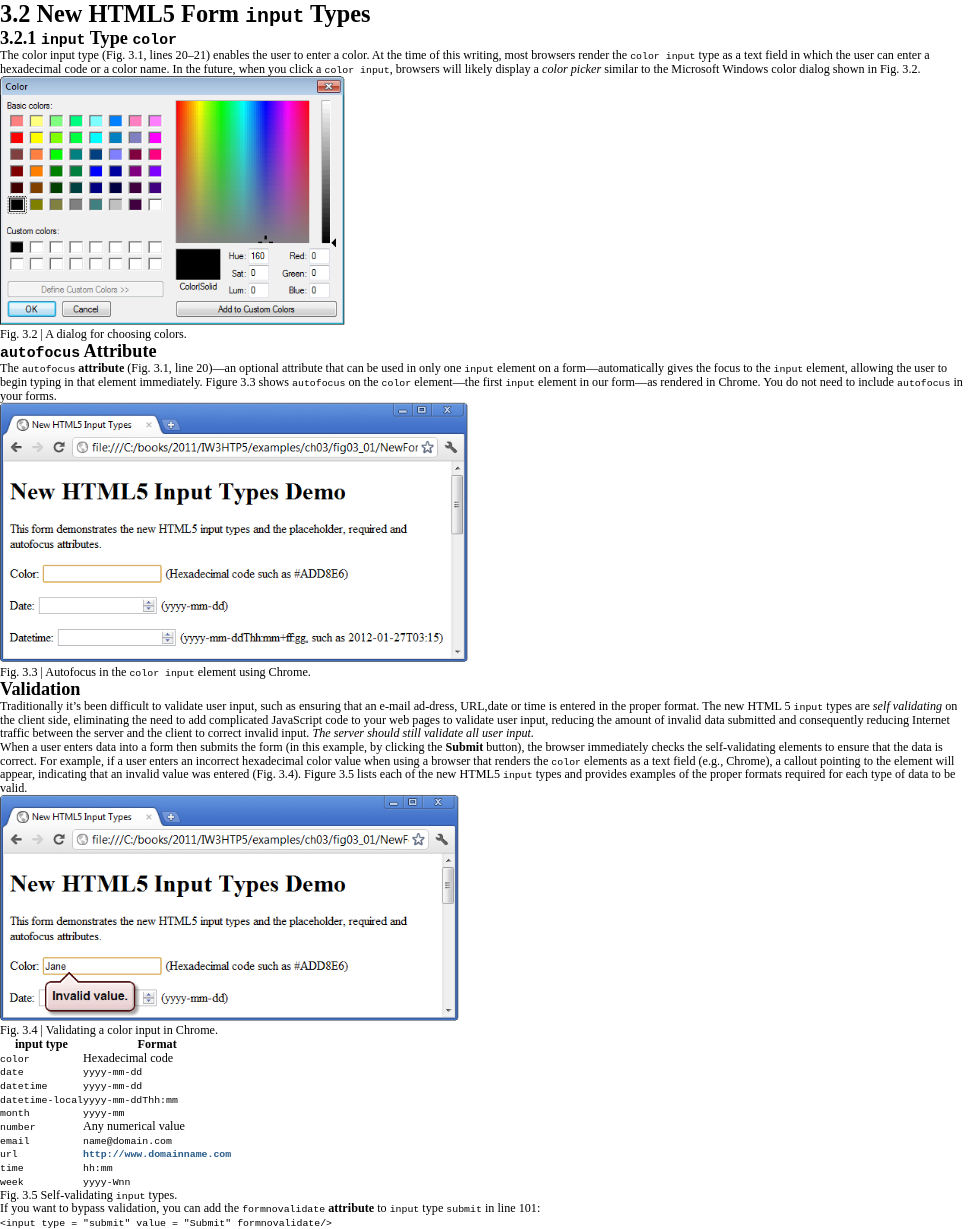
Repository: mlmEFSC21/P4-Textbook-Copy
Page: index.html
These files come from the project's save history. The page is drawn as it stood at one moment and after the next save; the edit follows.
The browser window is 1280 px wide. The pictures show the whole page, at 76% of full size.

Above is the page before, as saved 2022-02-03 15:33:44.

### index.html
<!DOCTYPE html>
<html lang="en">
    <head>
        <meta charset="UTF-8" />
        <meta http-equiv="X-UA-Compatible" content="IE=edge" />
        <meta name="viewport" content="width=device-width, initial-scale=1.0" />
        <link rel="stylesheet" href="bookStyles.css" />
        <title>Laying Out Book Pages</title>
    </head>
    <header>
        <h1>3.2 New HTML5 Form <code>input</code> Types</h1>
    </header>
    <body>
        <section class="color-input-type">
            <header>
                <h2>3.2.1 <code>input</code> Type <code>color</code></h2>
            </header>
            <p>
                The color input type (Fig. 3.1, lines 20–21) enables the user to enter a color. At
                the time of this writing, most browsers render the <code>color input</code> type as
                a text field in which the user can enter a hexadecimal code or a color name. In the
                future, when you click a <code>color input</code>, browsers will likely display a
                <em>color picker</em> similar to the Microsoft Windows color dialog shown in Fig.
                3.2.
            </p>
            <figure>
                <img src="images\OperaColorInput.png" alt="Microsoft Windows color dialog" />
                <figcaption>Fig. 3.2 | A dialog for choosing colors.</figcaption>
            </figure>
        </section>
        <section class="autofocus-attribute">
            <header>
                <h2><code>autofocus</code> Attribute</h2>
            </header>
            <p>
                The <code>autofocus</code> <strong>attribute</strong> (Fig. 3.1, line 20)—an
                optional attribute that can be used in only one <code>input</code> element on a
                form—automatically gives the focus to the <code>input</code> element, allowing the
                user to begin typing in that element immediately. Figure 3.3 shows
                <code>autofocus</code> on the <code>color</code> element—the first
                <code>input</code> element in our form—as rendered in Chrome. You do not need to
                include <code>autofocus</code> in your forms.
            </p>
            <figure>
                <img
                    src="images\Autofocus.png"
                    alt="web page demo of autofocus on a color input field"
                />
                <figcaption>
                    Fig. 3.3 | Autofocus in the <code>color input</code> element using Chrome.
                </figcaption>
            </figure>
        </section>
        <section class="input-validation">
            <header>
                <h2>Validation</h2>
            </header>
            <p>
                Traditionally it’s been difficult to validate user input, such as ensuring that an
                e-mail ad-dress, URL,date or time is entered in the proper format. The new HTML 5
                <code>input</code> types are <em>self validating</em> on the client side,
                eliminating the need to add complicated JavaScript code to your web pages to
                validate user input, reducing the amount of invalid data submitted and consequently
                reducing Internet traffic between the server and the client to correct invalid
                input. <em>The server should still validate all user input.</em>
            </p>
            <p>
                When a user enters data into a form then submits the form (in this example, by
                clicking the <strong>Submit</strong> button), the browser immediately checks the
                self-validating elements to ensure that the data is correct. For example, if a user
                enters an incorrect hexadecimal color value when using a browser that renders the
                <code>color</code> elements as a text field (e.g., Chrome), a callout pointing to
                the element will appear, indicating that an invalid value was entered (Fig. 3.4).
                Figure 3.5 lists each of the new HTML5 <code>input</code> types and provides
                examples of the proper formats required for each type of data to be valid.
            </p>
            <figure>
                <img
                    src="images\SelfValidationChrome.png"
                    alt="web page demo of validation preventing a non color input into a color input field"
                />
                <figcaption>Fig. 3.4 | Validating a color input in Chrome.</figcaption>
            </figure>
        </section>
        <section class="self-validating-types">
            <figure>
                <table class="validation-table">
                    <thead>
                        <th>input type</th>
                        <th>Format</th>
                    </thead>
                    <tr>
                        <td><code>color</code></td>
                        <td>Hexadecimal code</td>
                    </tr>
                    <tr>
                        <td><code>date</code></td>
                        <td><code>yyyy-mm-dd</code></td>
                    </tr>
                    <tr>
                        <td><code>datetime</code></td>
                        <td><code>yyyy-mm-dd</code></td>
                    </tr>
                    <tr>
                        <td><code>datetime-local</code></td>
                        <td><code>yyyy-mm-ddThh:mm</code></td>
                    </tr>
                    <tr>
                        <td><code>month</code></td>
                        <td><code>yyyy-mm</code></td>
                    </tr>
                    <tr>
                        <td><code>number</code></td>
                        <td>Any numerical value</td>
                    </tr>
                    <tr>
                        <td><code>email</code></td>
                        <td><code>name@domain.com</code></td>
                    </tr>
                    <tr>
                        <td><code>url</code></td>
                        <td>
                            <a href="http://www.domainname.com"
                                ><code>http://www.domainname.com</code></a
                            >
                        </td>
                    </tr>
                    <tr>
                        <td><code>time</code></td>
                        <td><code>hh:mm</code></td>
                    </tr>
                    <tr>
                        <td><code>week</code></td>
                        <td><code>yyyy-Wnn</code></td>
                    </tr>
                </table>
                <figcaption>Fig. 3.5 Self-validating <code>input</code> types.</figcaption>
            </figure>
            <aside>
                <p>
                    If you want to bypass validation, you can add the <code>formnovalidate</code>
                    <strong>attribute</strong> to <code>input</code> type <code>submit</code> in
                    line 101:
                </p>
                <div class="form-no-val">
                    <code>&lt;input type = "submit" value = "Submit" formnovalidate/&gt;</code>
                </div>
            </aside>
        </section>
    </body>
</html>

### bookStyles.css
:root {
    --clr-prime: #;
    --clr-background-accent: rgba(70, 114, 115, 0.15);
    --clr-font-links: #275b8a;
    --clr-font-prime: black;
    --clr-font-code: #446256;
    --clr-font-figcap: darkgrey;
    --clr-background: white;
}
*,
*::before,
*::after {
    margin: 0;
    padding: 0;
    box-sizing: border-box;
}
body {
    background-color: var(--clr-background);
    color: var(--clr-font-prime);
}
table {
    border-collapse: collapse;
}
a {
    color: var(--clr-font-links);
    text-decoration: none;
    font-weight: 700;
    cursor: pointer;
}
.accent-color {
    background-color: rgba(70, 114, 115, 0.15);
}

After the next save:
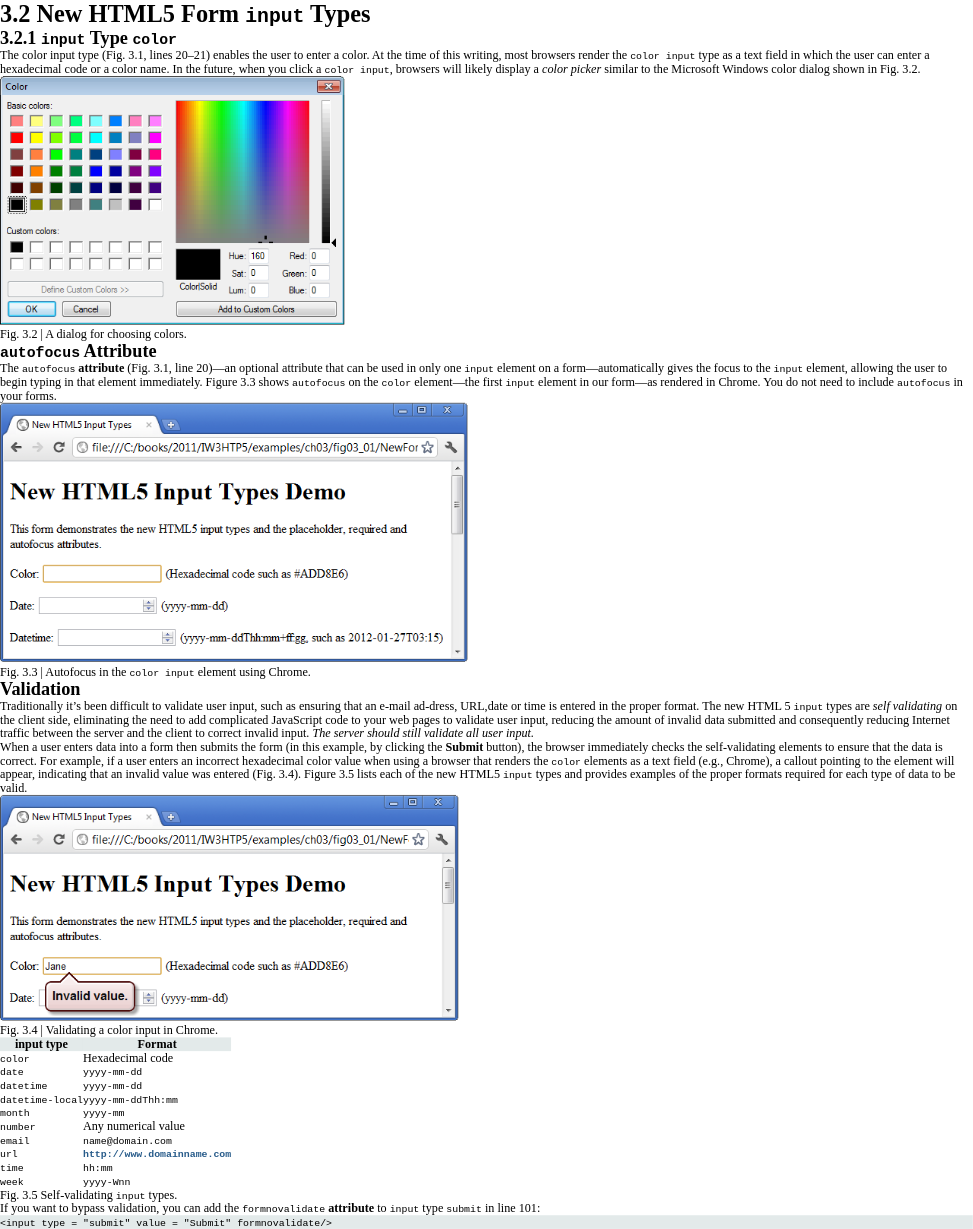
Saved 31 s later.
--- a/bookStyles.css
+++ b/bookStyles.css
@@ -27,6 +27,7 @@ a {
     font-weight: 700;
     cursor: pointer;
 }
-.accent-color {
+th,
+div {
     background-color: rgba(70, 114, 115, 0.15);
 }
